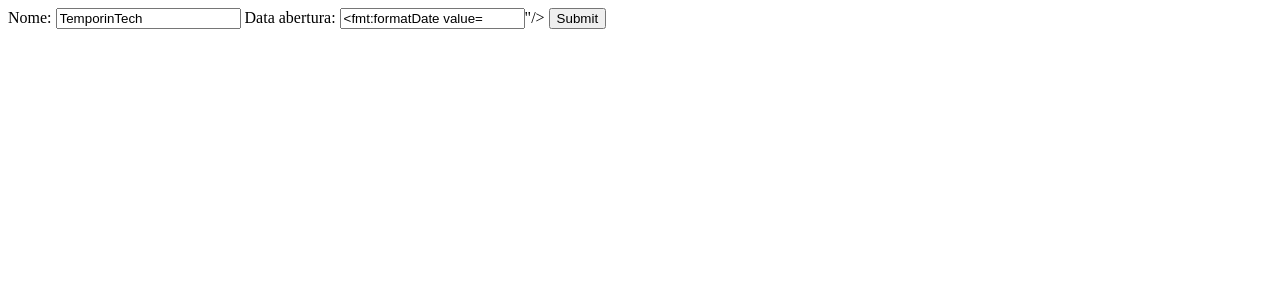
Repository: CauaneTemporin/API_CRUD_JAVA_Servlet_JSP
Page: http://localhost/gerenciador/mostrarFornecedor?id=1
These files come from the project's save history. The page is drawn as it stood at one moment and after the next save; the edit follows.
The browser window is 1280 px wide. The pictures show the whole page.
The page is served by Tomcat 9. Other server files are loaded and not shown.

Above is the page before, as saved 2023-05-15 13:52:37.

### gerenciador/src/main/webapp/formAlterarEmpresa.jsp
<%@ page language="java" contentType="text/html; charset=ISO-8859-1"
    pageEncoding="ISO-8859-1"%>
<%@ taglib uri="http://java.sun.com/jsp/jstl/core" prefix="c" %>
<c:url value="/novoFornecedor" var="linknovoFornecedor"/>

<!DOCTYPE html>
<html>
	<head>
		<meta charset="ISO-8859-1">
		<title>Insert title here</title>
	</head>

	<body>
		<form action="${linknovoFornecedor }" method="post">
			Nome: <input type="text" name="nome" value ="${ fornecedor.nome_fornecedor }"/>
			Data abertura: <input type="text" name="data" value ="<fmt:formatDate value="${fornecedor.dataAbertura}" pattern="dd/MM/yyyy"/>"/>

			<input type="submit" />
		</form>
	</body>
</html>

### gerenciador/src/main/java/com/temporintech/gerenciador/servlet/MostrarFornecedorServlet.java
package com.temporintech.gerenciador.servlet;

import java.io.IOException;

import javax.servlet.RequestDispatcher;
import javax.servlet.ServletException;
import javax.servlet.annotation.WebServlet;
import javax.servlet.http.HttpServlet;
import javax.servlet.http.HttpServletRequest;
import javax.servlet.http.HttpServletResponse;

@WebServlet("/mostrarFornecedor")
public class MostrarFornecedorServlet extends HttpServlet {
	private static final long serialVersionUID = 1L;

	protected void doGet(HttpServletRequest request, HttpServletResponse response) throws ServletException, IOException {
		String paramId = request.getParameter("id");
		Integer id = Integer.valueOf(paramId);

		System.out.println(id);

		Banco banco = new Banco();
		Fornecedor fornecedor = banco.buscaEmpresaID(id);

		System.out.println(fornecedor.getNome_fornecedor());

		request.setAttribute("fornecedor", fornecedor);
		RequestDispatcher  rd = request.getRequestDispatcher("/formAlterarEmpresa.jsp");
		rd.forward(request, response);

	}

}

### gerenciador/src/main/java/com/temporintech/gerenciador/servlet/Banco.java
package com.temporintech.gerenciador.servlet;

import java.util.ArrayList;
import java.util.Iterator;
import java.util.List;

import org.apache.jasper.tagplugins.jstl.core.ForEach;

public class Banco {

	private static List<Fornecedor> lista = new ArrayList<>();
	private static Integer chaveSequencial = 1;

	static {
		Fornecedor fornecedor = new Fornecedor();
		fornecedor.setId(chaveSequencial++);
		fornecedor.setNome_fornecedor("TemporinTech");
		Fornecedor fornecedor2 = new Fornecedor();
		fornecedor2.setId(chaveSequencial++);
		fornecedor2.setNome_fornecedor("Alura");
		lista.add(fornecedor);
		lista.add(fornecedor2);
	}

	public void adiciona(Fornecedor fornecedor) {
		fornecedor.setId(Banco.chaveSequencial++);
		 lista.add(fornecedor);
	}

	public List<Fornecedor> getFornecedor(){
		return Banco.lista;
	}

	public void removeFornecedor(Integer id) {

			Iterator<Fornecedor> it = lista.iterator();

			while(it.hasNext()) {
				Fornecedor fornecedor = it.next();

				if(fornecedor.getId() == id) {
					it.remove();
				}
			}

		}

	public Fornecedor buscaEmpresaID(Integer id) {
		for (Fornecedor fornecedor : lista) {
			if(fornecedor.getId() == id) {
				return fornecedor;
			}
		}
		return null;
	}

}

### gerenciador/src/main/java/com/temporintech/gerenciador/servlet/Fornecedor.java
package com.temporintech.gerenciador.servlet;

import java.util.Date;

import javax.xml.crypto.Data;

public class Fornecedor {

	private Integer id;
	private String nome_fornecedor;
	private Date dataAbertura = new Date();

	public Integer getId() {
		return id;
	}
	public void setId(Integer id) {
		this.id = id;
	}
	public String getNome_fornecedor() {
		return nome_fornecedor;
	}
	public void setNome_fornecedor(String nome_fornecedor) {
		this.nome_fornecedor = nome_fornecedor;
	}
	public Date getDataAbertura() {
		return dataAbertura;
	}
	public void setDataAbertura(Date dataAbertura) {
		this.dataAbertura = dataAbertura;
	}

}

After the next save:
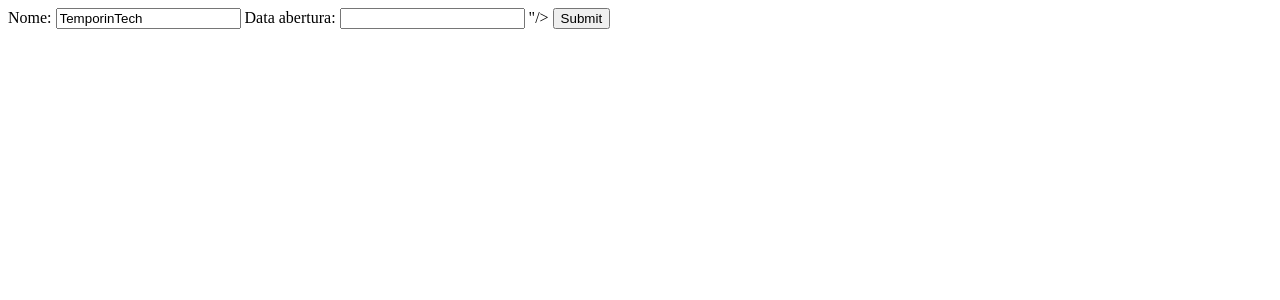
Saved 2 min 6 s later.
--- a/gerenciador/src/main/webapp/formAlterarEmpresa.jsp
+++ b/gerenciador/src/main/webapp/formAlterarEmpresa.jsp
@@ -13,7 +13,7 @@
 	<body>
 		<form action="${linknovoFornecedor }" method="post">
 			Nome: <input type="text" name="nome" value ="${ fornecedor.nome_fornecedor }"/>
-			Data abertura: <input type="text" name="data" value ="<fmt:formatDate value="${fornecedor.dataAbertura}" pattern="dd/MM/yyyy"/>"/>
+			Data abertura: <input type="text" name=" <fmt:formatDate value="${fornecedor.dataAbertura}" pattern="dd/MM/yyyy"/>  "/>
 
 			<input type="submit" />
 		</form>
